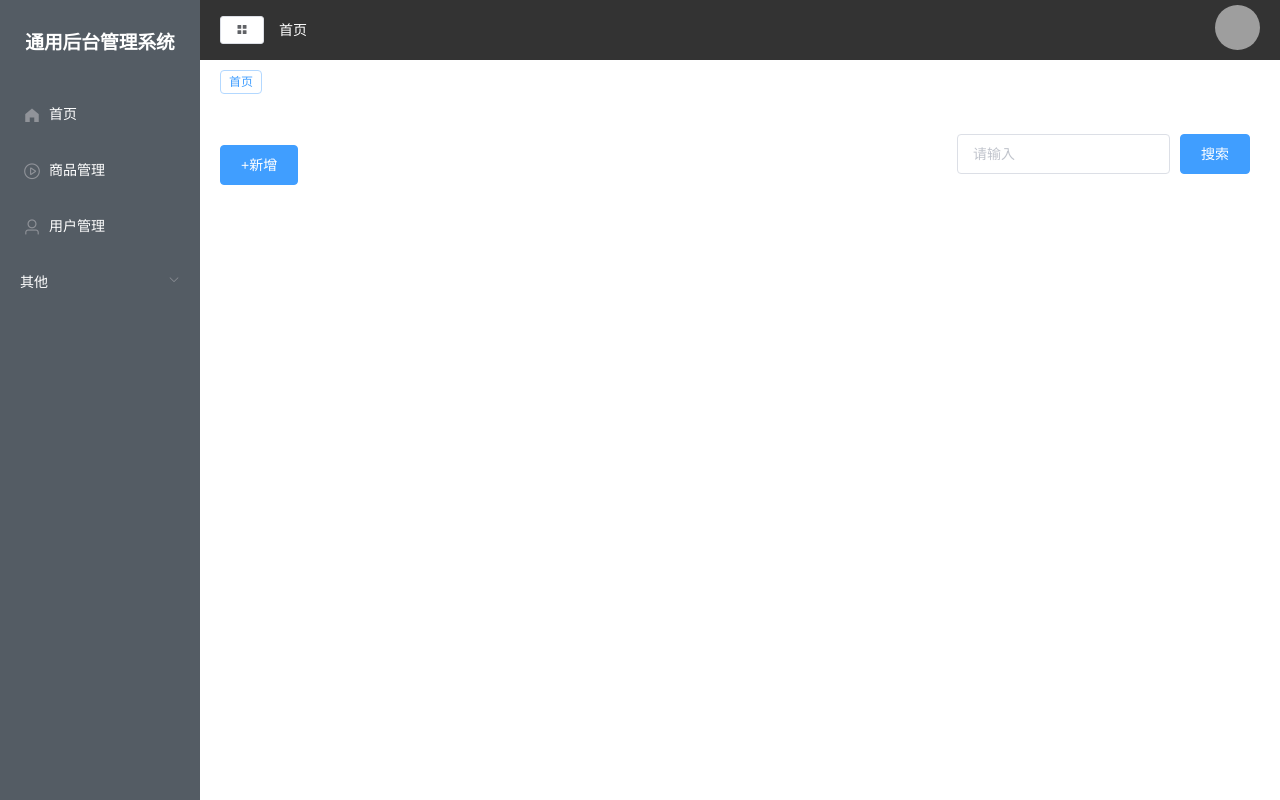
Repository: zhangwen001208/cmd
Page: /user
An editor plug-in stored every save of this project. The page is shown before and after the next save, followed by the edit.
The browser window is 1280 px wide. The pictures show the whole page.
Pictures or frames that could not be fetched are drawn as grey boxes. The project was rebuilt for these pictures with package versions that can differ from the ones it lists, and the page was loaded fresh each time. Also part of the build but not shown: vue.config.js.

Above is the page before, as saved 2022-08-31 11:37:40.

After the next save:
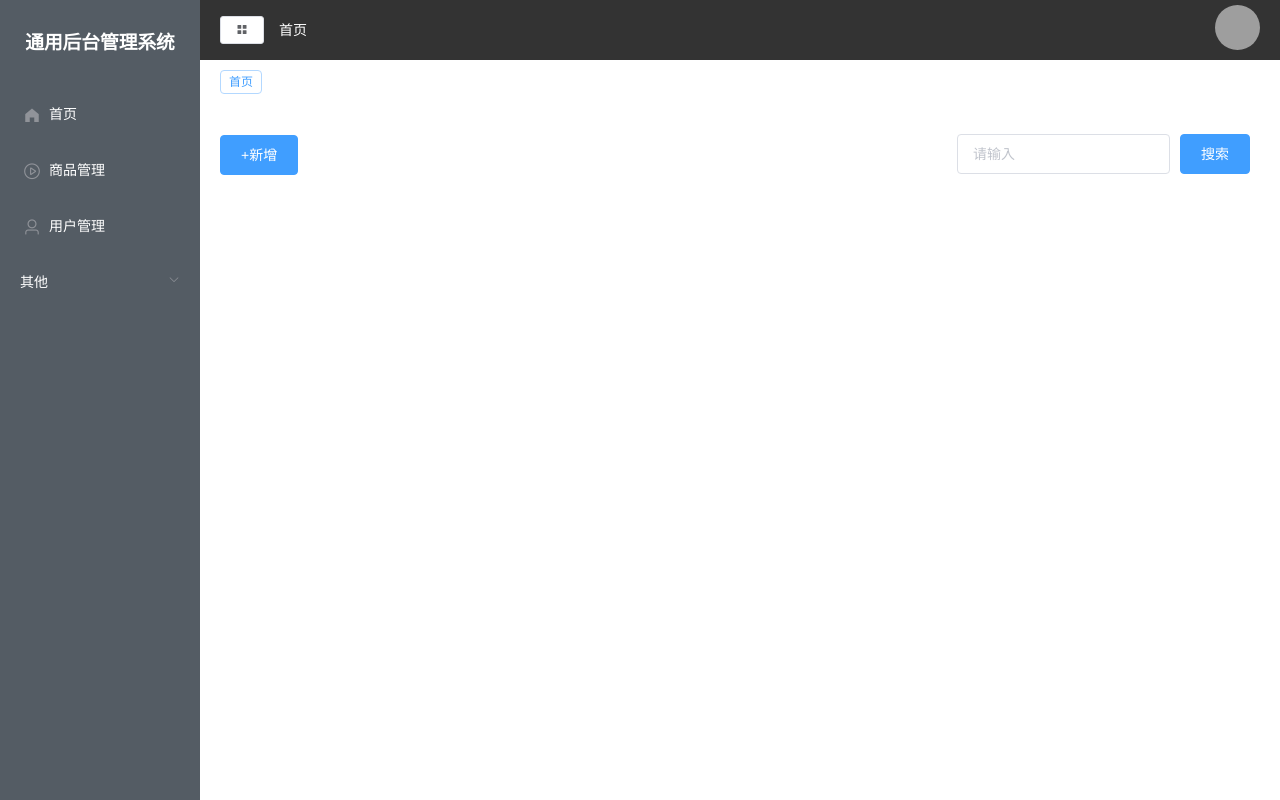
Saved 19 s later.
--- a/src/views/user/user.vue
+++ b/src/views/user/user.vue
@@ -133,8 +133,8 @@ import commonForm from '../../components/commonForm.vue'
     display: flex;
     justify-content: space-between;
     align-items: center;
-    padding-top: 20px;
     .r-search {
+        margin-top: 20px;
 
     }
 }
